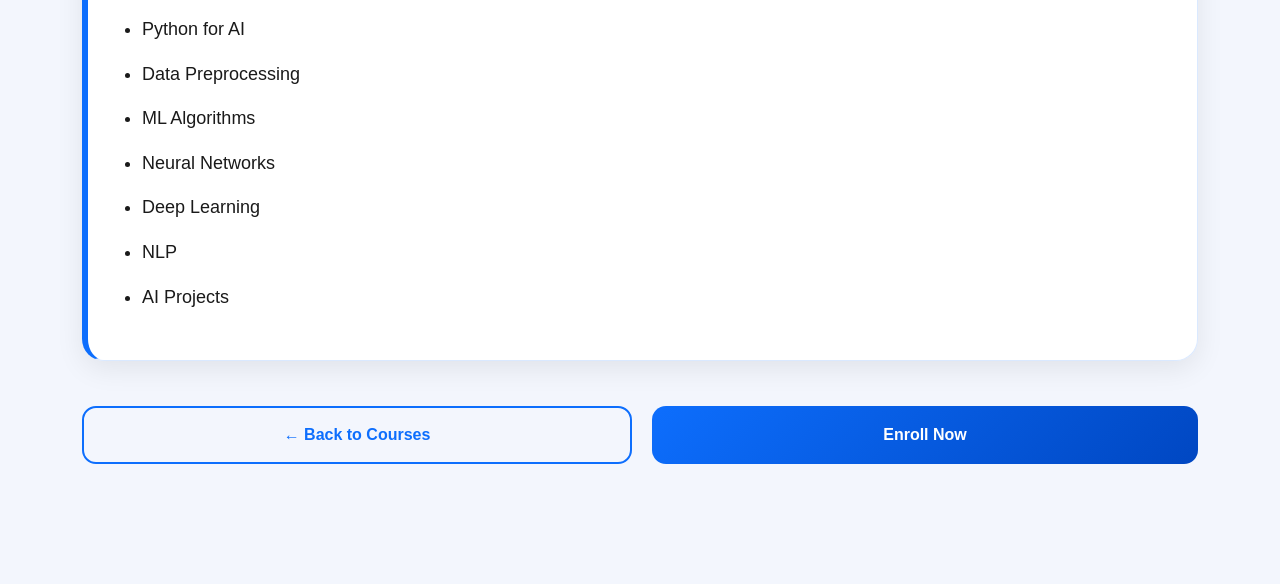
Repository: Aswin74k/project-2
Page: /course/aiml
An editor plug-in stored every save of this project. The page is shown before and after the next save, followed by the edit.
The browser window is 1280 px wide. The pictures show the part of the page from y = 729 to 1681 px (the page is 1313 px tall before and 1681 px after).
The project was rebuilt for these pictures with package versions that can differ from the ones it lists, and the page was loaded fresh each time. Also part of the build but not shown: vite.config.js, src/project/Home.css, src/project/Home.jsx, src/project/About.css, src/project/About.jsx, src/project/Contact.jsx.

Above is the page before, as saved 2025-12-16 15:06:17.

After the next save:
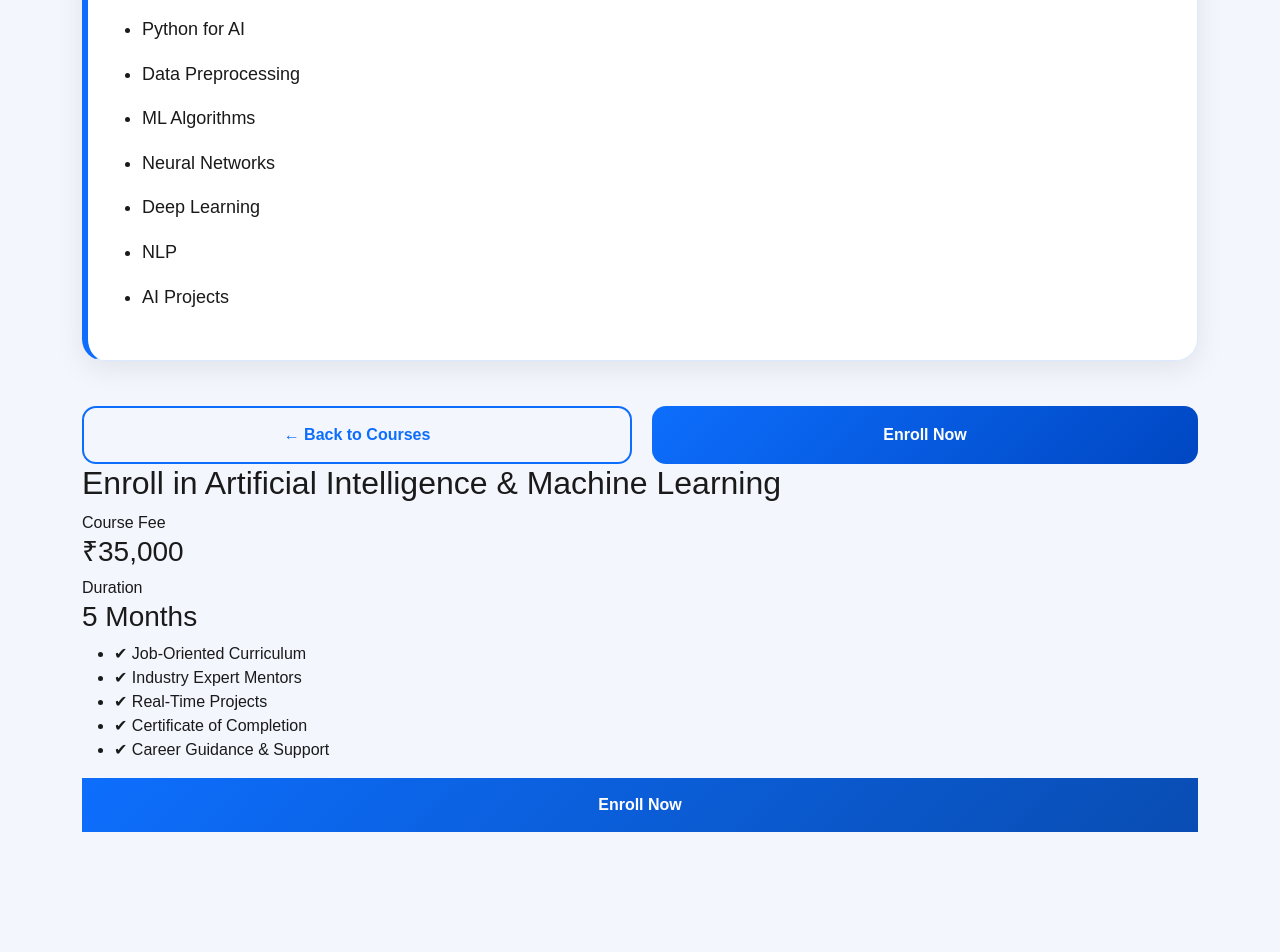
Saved 3 min 9 s later.
--- a/src/project/Course.jsx
+++ b/src/project/Course.jsx
@@ -197,6 +197,40 @@ export default function Course() {
   </button>
 </div>
 
+{/* ================= ENROLL SECTION ================= */}
+<div className="enroll-section">
+  <div className="enroll-card">
+    <h2>Enroll in {course.title}</h2>
+
+    <div className="enroll-details">
+      <div>
+        <span>Course Fee</span>
+        <h3>{course.fee}</h3>
+      </div>
+
+      <div>
+        <span>Duration</span>
+        <h3>{course.duration}</h3>
+      </div>
+    </div>
+
+    <ul className="enroll-features">
+      <li>✔ Job-Oriented Curriculum</li>
+      <li>✔ Industry Expert Mentors</li>
+      <li>✔ Real-Time Projects</li>
+      <li>✔ Certificate of Completion</li>
+      <li>✔ Career Guidance & Support</li>
+    </ul>
+
+    <button
+      className="enroll-main-btn"
+      onClick={() => navigate("/contact")}
+    >
+      Enroll Now
+    </button>
+  </div>
+</div>
+
       </div>
     </div>
   );
